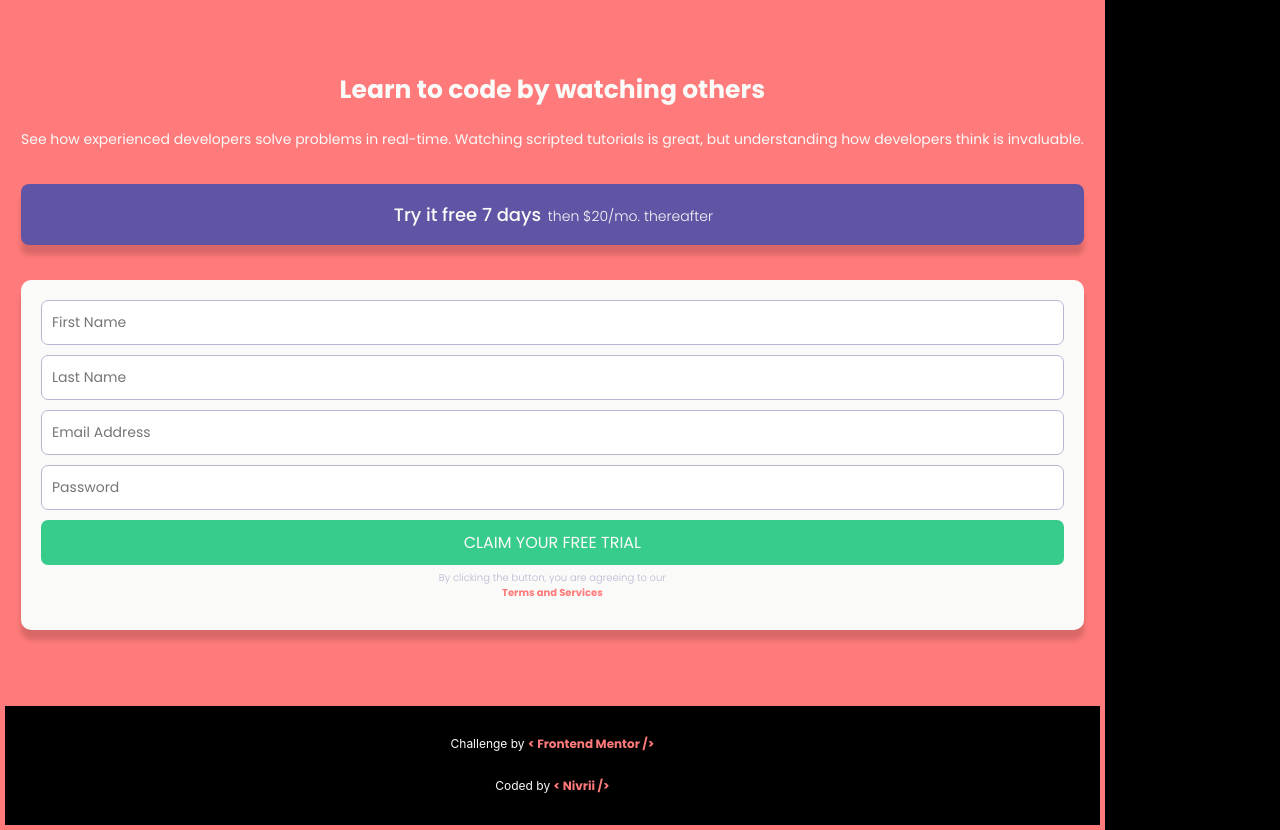
Repository: nivrii/intro-component-with-signup
Page: /
The author's editor kept a copy of each file at every save. The page is drawn from the files as they stood at one save, then again after the next save.
The browser window is 1280 px wide. The pictures show the whole page.
The project was rebuilt for these pictures with package versions that can differ from the ones it lists, and the page was loaded fresh each time. Also part of the build but not shown: vite.config.js.

Above is the page before, as saved 2023-10-16 09:10:17.

### src/App.jsx
import Container from "./Container/Container";
import { Footer } from "./Footer/Footer";

import "./App.css";
import { useState } from "react";

function App() {
  const [userArray, setUserArray] = useState({});
  return (
    <div className="UI">
      <Container userArray={userArray} setUserArray={setUserArray} />
      <Footer />
    </div>
  );
}

export default App;

### src/Container/Container.jsx
/* eslint-disable react/prop-types */
import { Form } from "./Form/Form";
import { Card } from "./Card/Card";
import { Content } from "./Content/Content";

const Container = (props) => {
  const { userArray, setUserArray } = props;
  return (
    <div className="container">
      <Content />
      <Card />
      <Form userArray={userArray} setUserArray={setUserArray} />
    </div>
  );
};
export default Container;

### src/Footer/Footer.jsx
import "./Footer.css";
export function Footer() {
  const frontend = '< Frontend Mentor />';
  const coder = "< Nivrii />";
  return (
    <footer>
      <p className="attribution">
        Challenge by{" "}
        <a
          href="https://www.frontendmentor.io?ref=challenge"
          target="_blank"
          rel="noreferrer"
        >
          {frontend}
        </a>
        </p>
        <p className="attribution">
         Coded by{" "}
        <a href="https://github.com/nivrii/intro-component-with-signup">
          {coder}
        </a>
      </p>
    </footer>
  );
}

### src/App.css
* {
  box-sizing: border-box;
  border: 0;
  padding: 0;
}
:root {
  /*Primary colors*/
  --red: hsl(0, 100%, 74%);
  --green: hsl(154, 59%, 51%);
  /*Accent colors*/
  --blue: hsl(248, 32%, 49%);
  --white: #fafaf9;
  /*Neutral colors*/
  --dark-blue: hsl(249, 10%, 26%);
  --grayish-blue: hsl(246, 25%, 77%);
  /*typography*/
  --fSize: 14px;
  --w4: 400;
  --w5: 500;
  --w6: 600;
  --w7: 700;
}
@font-face {
  font-family: "Poppins-bold";
  src: url(./assets/Fonts/poppins/Poppins-Bold.otf) format("opentype");
}
@font-face {
  font-family: "Poppins-regular";
  src: url(./assets/Fonts/poppins/Poppins-Regular.otf) format("opentype");
}
@font-face {
  font-family: "Poppins-medium";
  src: url(./assets/Fonts/poppins/Poppins-Medium.otf) format("opentype");
}
@font-face {
  font-family: "Poppins-light";
  src: url(./assets/Fonts/poppins/Poppins-Light.otf) format("opentype");
}
body {
  background-color: #000;
}
.UI {
  display: flex;
  flex-direction: column;
}
.container {
  display: flex;
  flex-direction: column;
  align-items: center;
  justify-content: center;
  width: 100%;
  min-height: 80vh;
  background-color: var(--red);
  padding: 50px 20px 70px;
  margin: 0;
  border: 1px solid var(--red);
}
.close {
  display: none;
}

### src/Container/Form/Form.jsx
/* eslint-disable no-useless-escape */
/* eslint-disable react/prop-types */
import "./Form.css";
import Success from "./Success/Success";
import { useEffect, useState } from "react";
import errorIcon from "../../../public/images/icon-error.svg";

export function Form({ userArray, setUserArray }) {
  const [fName, setFName] = useState("");
  const [lName, setLName] = useState("");
  const [email, setEmail] = useState("");
  const [password, setPassword] = useState("");

  const [fNameEmpty, setFNameEmpty] = useState(false);
  const [lNameEmpty, setLNameEmpty] = useState(false);
  const [emailEmpty, setEmailEmpty] = useState(false);
  const [emailMatch, setEmailMatch] = useState(true);
  const [passEmpty, setPassEmpty] = useState(false);

  const handleFirstName = (e) => {
    e.preventDefault();
    let value = e.target.value;
    value === "" ? setFNameEmpty(true) : setFNameEmpty(false);
    setFName(value);
  };
  const handleLastName = (e) => {
    e.preventDefault();
    let value = e.target.value;
    value === "" ? setLNameEmpty(true) : setLNameEmpty(false);
    setLName(value);
  };
  const handleEmail = (e) => {
    e.preventDefault();
    let value = e.target.value.trim();
    const regex =
      /^(([^<>()[]\\.,;:s@"]+(.[^<>()[]\\.,;:s@"]+)*)|(".+"))@(([[0-9]{1,3}.[0-9]{1,3}.[0-9]{1,3}.[0-9]{1,3}])|(([a-zA-Z-0-9]+.)+[a-zA-Z]{2,}))$/;
    if (value === "") {
      document.querySelector(".email-input").classList.add("input-error");
      setEmailEmpty(true);
    } else {
      setEmailEmpty(false);
    }

    if (!value.match(regex)) {
      document.querySelector(".email-input").classList.add("input-error");
      setEmailMatch(false);
    } else {
      setEmailMatch(true);
    }
    setEmail(value);
  };
  const handlePassword = (e) => {
    e.preventDefault();
    let value = e.target.value;
    value === "" ? setPassEmpty(true) : setPassEmpty(false);

    setPassword(value);
  };
  const handleSubmit = (e) => {
    e.preventDefault();
    if (fName === "") {
      setFNameEmpty(true);
      document.querySelector(".fName-input").classList.add("input-error");
      return;
    }
    if (lName === "") {
      setLNameEmpty(true);
      document.querySelector(".lName-input").classList.add("input-error");
      return;
    }
    if (email === "") {
      setEmailEmpty(true);
      document.querySelector(".email-input").classList.add("input-error");
      return;
    }
    if (!emailMatch) {
      return;
    }
    if (password === "") {
      setPassEmpty(true);
      document.querySelector(".password-input").classList.add("input-error");
      return;
    } else {
      setFName("");
      setEmail("");
      setLName("");
      setPassword("");
      document.querySelector("form").classList.add("close");
      document.querySelector(".card__content").classList.add("close");
      document.querySelector(".content").classList.add("close");
      document.querySelector(".success").classList.remove("close");
    }

    setUserArray({
      fName: fName,
      lName: lName,
      email: email,
    });
  };
  useEffect(() => {
    console.log(userArray);
  }, [userArray]);

  return (
    <>
      <form
        action="submit"
        className="form"
        onSubmit={(e) => e.preventDefault()}
      >
        <div className="input-enclose">
          {fNameEmpty && (
            <img src={errorIcon} alt="error-icon" className="error-icon" />
          )}
          <input
            type="text"
            placeholder="First Name"
            value={fName}
            name={fName}
            className="input fName-input"
            onChange={(e) => handleFirstName(e)}
            onKeyDown={() =>
              document
                .querySelector(".fName-input")
                .classList.remove("input-error")
            }
          />
          <div className="err-enclose">
            {fNameEmpty && (
              <div className=" err err-fName">First Name Cannot Be Empty</div>
            )}
          </div>
        </div>

        <div className="input-enclose">
          {lNameEmpty && (
            <img src={errorIcon} alt="error-icon" className="error-icon" />
          )}
          <input
            type="text"
            placeholder="Last Name"
            value={lName}
            name={lName}
            className="input lName-input"
            onChange={(e) => handleLastName(e)}
            onKeyDown={() =>
              document
                .querySelector(".lName-input")
                .classList.remove("input-error")
            }
          />
          <div className="err-enclose">
            {lNameEmpty && (
              <div className=" err err-lName">Last Name Cannot Be Empty</div>
            )}
          </div>
        </div>

        <div className="input-enclose">
          {emailEmpty && (
            <img src={errorIcon} alt="error-icon" className="error-icon" />
          )}
          <input
            type="email"
            placeholder="Email Address"
            value={email}
            name={email}
            className="input email-input"
            onChange={(e) => handleEmail(e)}
            onKeyUp={(e) => handleEmail(e)}
            onKeyDown={() =>
              document
                .querySelector(".email-input")
                .classList.remove("input-error")
            }
          />
          <div className="err-enclose">
            {emailEmpty && (
              <div className="err err-email">Email Cannot Be Empty</div>
            )}
            {emailMatch || (
              <div className="err miss-email">
                That does not look like an email
              </div>
            )}
          </div>
        </div>

        <div className="input-enclose">
          {passEmpty && (
            <img src={errorIcon} alt="error-icon" className="error-icon" />
          )}
          <input
            type="password"
            placeholder="Password"
            value={password}
            name={password}
            className="input password-input"
            onChange={(e) => handlePassword(e)}
            onKeyDown={() =>
              document
                .querySelector(".password-input")
                .classList.remove("input-error")
            }
          />
          <div className="err-enclose">
            {passEmpty && (
              <div className="  err err-password">Password Cannot Be Empty</div>
            )}
          </div>
        </div>

        <button type="submit" className="btn" onClick={(e) => handleSubmit(e)}>
          Claim your free trial
        </button>
        <div className="pWrap">
          <p>By clicking the button, you are agreeing to our</p>
          <p>Terms and Services</p>
        </div>
      </form>
      <Success userArray={userArray} />
    </>
  );
}

### src/Container/Card/Card.jsx
import "./Card.css";
export function Card() {
  return (
      <div className="card__content">
        <p><span>Try it free 7 days </span>
        then $20/mo. thereafter</p>
      </div>
  );
}

### src/Container/Content/Content.jsx
import "./Content.css";
export function Content() {
  return (
    <div className="content">
      <h4>Learn to code by watching others</h4>
      <p>
        See how experienced developers solve problems in real-time. Watching
        scripted tutorials is great, but understanding how developers think is
        invaluable.
      </p>
    </div>
  );
}

### src/Footer/Footer.css
@import url(../App.css);

footer {
  display: flex;
  flex-direction: column;
  align-items: center;
  justify-content: center;
  width: 100%;
  height: 18vh;
  background-color: #000;
  padding: 5px;
  border: 5px solid var(--red);
  margin-top: auto;
  & .attribution {
    color: var(--white);
    font-family: "Poppins-light" sans-serif;
    font-size: 12px;
    & a {
      color: var(--red);
      font-family: "Poppins-bold", sans-serif;
      text-decoration: none;
      &:hover {
        color: var(--white);
        text-decoration: line-through;
      }
    }
  }
}

### src/Container/Form/Form.css
@import url(../../App.css);

.form {
  display: flex;
  flex-direction: column;
  background-color: var(--white);
  width: 100%;
  margin-top: 15px;
  padding: 20px;
  gap: 10px;
  border-radius: 10px;
  box-shadow: 0 10px 5px rgba(0, 0, 0, 0.15);
  & .input,
  .btn {
    height: 45px;
    width: 100%;
    border-radius: 7px;
    font-family: "Poppins-regular", sans-serif;
    -webkit-transition: 0.5s;
    transition: 0.5s;
  }
  & .input-error {
    border: 1px solid var(--red) !important;
    color: var(--red) !important;
    outline: none;
    &:focus {
      border: 2px solid var(--red) !important;
    }
    &::placeholder {
      color: var(--red);
    }
  }
  & .input-enclose {
    display: flex;
    flex-direction: column;
    .input {
      border: 1px solid var(--grayish-blue);
      padding-left: 10px;
      font-size: var(--fSize);
    }
    & .err-enclose {
      display: flex;
      justify-content: flex-end;
      align-items: center;
      & .err {
        display: block;
        color: var(--red);
        border-radius: 7px;
        height: 15px;
        width: auto;
        margin-left: calc(100% - width);
        padding: 5px;
        font-size: 10px;
        font-family: "Poppins-light", sans-serif;
      }
    }
    & .error-icon {
      position: absolute;
      padding: 2px;
      right: 50px;
      width: 25px;
      height: 25px;
      margin-top: 10px;
      margin-right: 10px;
    }
  }
  & .btn {
    background-color: var(--green);
    color: var(--white);
    text-transform: uppercase;
    transition-duration: 0.3s;
    transition-timing-function: ease;
    &:hover {
      transform: scale(1.05);
    }
  }
  & .pWrap {
    padding: 10px;
    text-align: center;
    margin-top: -15px;
    & * {
      margin: 0;
      font-size: 10px;
    }
    & p:nth-child(1) {
      font-family: "Poppins-light", sans-serif;
      color: var(--grayish-blue);
    }
    & p:nth-child(2) {
      font-family: "Poppins-bold", sans-serif;
      color: var(--red);
    }
  }
}

### src/Container/Form/Success/Success.jsx
/* eslint-disable react/prop-types */
import "./Success.css";
import success from "../../../assets/images/icon-success.svg";
function Success({ userArray }) {
  const { lName, fName, email } = userArray;
  return (
    <div className="close success">
      <img src={success} alt="success" />
      <h4>
        Hello{" "}
        <span className="span__name">
          {fName} {lName}
        </span>
      </h4>
      <p>
        We have sent a confirmation email to <span className="span__email">{email}</span> .
      </p>
      <p>
        If this was not you, click to go back{" "}
        <br />
        <button className="back">Go Back</button>
      </p>
    </div>
  );
}

export default Success;

### src/Container/Card/Card.css
@import url(../../App.css);

.card__content{
    width: 100%;
    background-color: var(--blue);
    border-radius: 8px;
    padding: 15px 40px;
    margin: 20px 0;
    box-shadow: 0 10px 5px rgba(0, 0, 0, 0.15);
    & *{
        color: var(--white);
        text-align: center;
        margin: 2px;
    }& span{
        font-size: 18px;
        font-family: 'Poppins-medium', sans-serif;
    }
    & p{
        font-family: 'Poppins-light', sans-serif;
        font-size: var(--fSize);

    }
}

### src/Container/Content/Content.css
@import url(../../App.css);

.content {
  & * {
    color: var(--white);
    text-align: center;
  }
  & h4 {
    font-size: 25px;
    margin: 20px;
    font-family: 'Poppins-bold', sans-serif;
  }
  & p {
    font-size: var(--fSize);
    font-family: 'Poppins-regular', sans-serif;
  }
}

### src/Container/Form/Success/Success.css
@import url(../../../App.css);

.success{
    display: flex;
    flex-direction: column;
    align-items: center;
    & img{
        height: 70px;
        width: 70px;
    }
    & h4{
        color:var(--white);
        font-family: 'Poppins-light', sans-serif;
        & .span__name{
            font-family: 'Poppins-bold', sans-serif;
            text-transform: uppercase;
        }
    }
    & p{
        text-align: center;
        font-family: 'Poppins-regular', sans-serif;
        & button{
            padding: 5px;
            border-radius: 3px;
            background-color: transparent;
            color:var(--green);
            font-family: 'Poppins-bold', sans-serif;
            margin-top: 10px;
            &:hover{
                background-color:var(--green);
                color:var(--white);
            }
        }
        & .span__email{
            text-decoration: underline;
            font-family: 'Poppins-bold', sans-serif;
        }
    }
}

Loaded but not shown: index.html (common file); src/main.jsx (common file); src/index.css (common file)

After the next save:
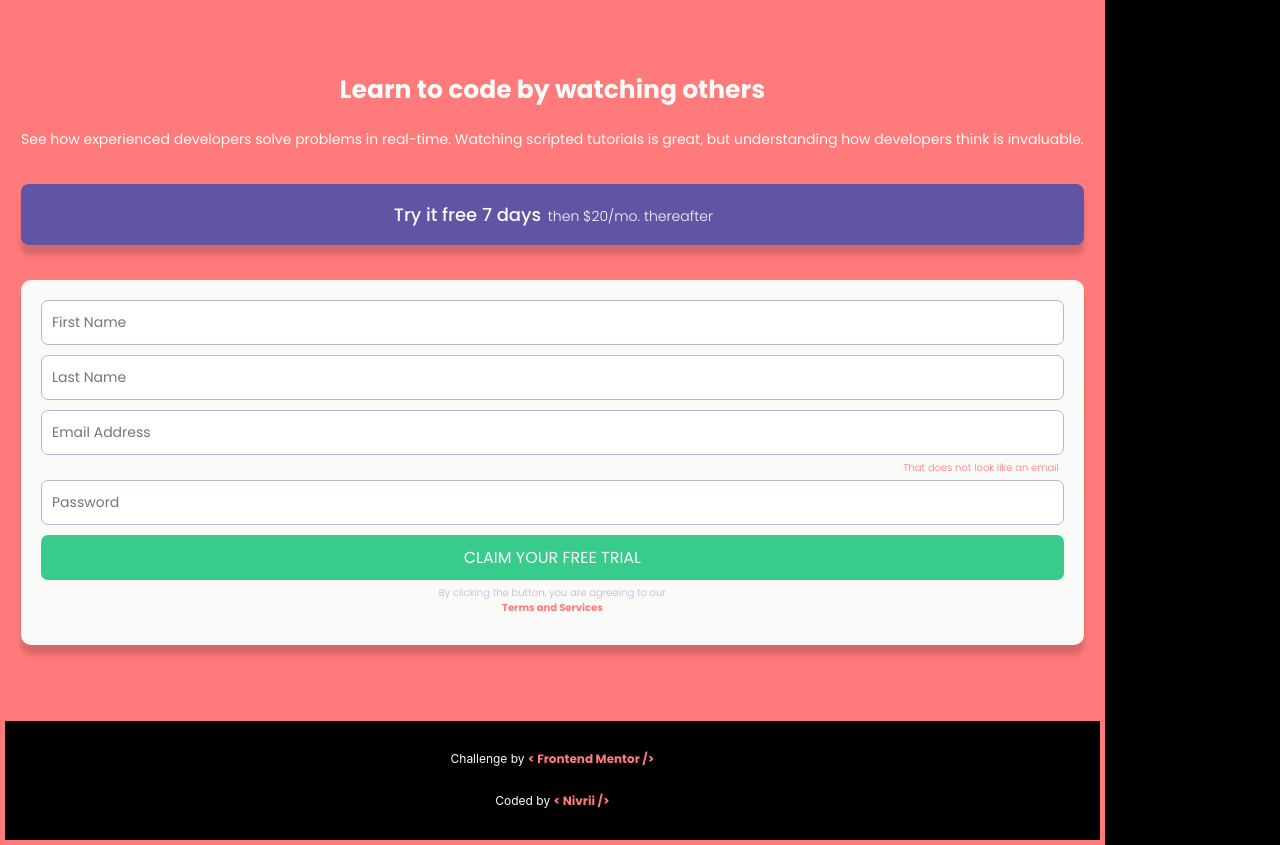
Saved 2 days later.
--- a/src/Container/Form/Form.jsx
+++ b/src/Container/Form/Form.jsx
@@ -14,7 +14,7 @@ export function Form({ userArray, setUserArray }) {
   const [fNameEmpty, setFNameEmpty] = useState(false);
   const [lNameEmpty, setLNameEmpty] = useState(false);
   const [emailEmpty, setEmailEmpty] = useState(false);
-  const [emailMatch, setEmailMatch] = useState(true);
+  const [emailMatch, setEmailMatch] = useState(false);
   const [passEmpty, setPassEmpty] = useState(false);
 
   const handleFirstName = (e) => {

After the save that followed:
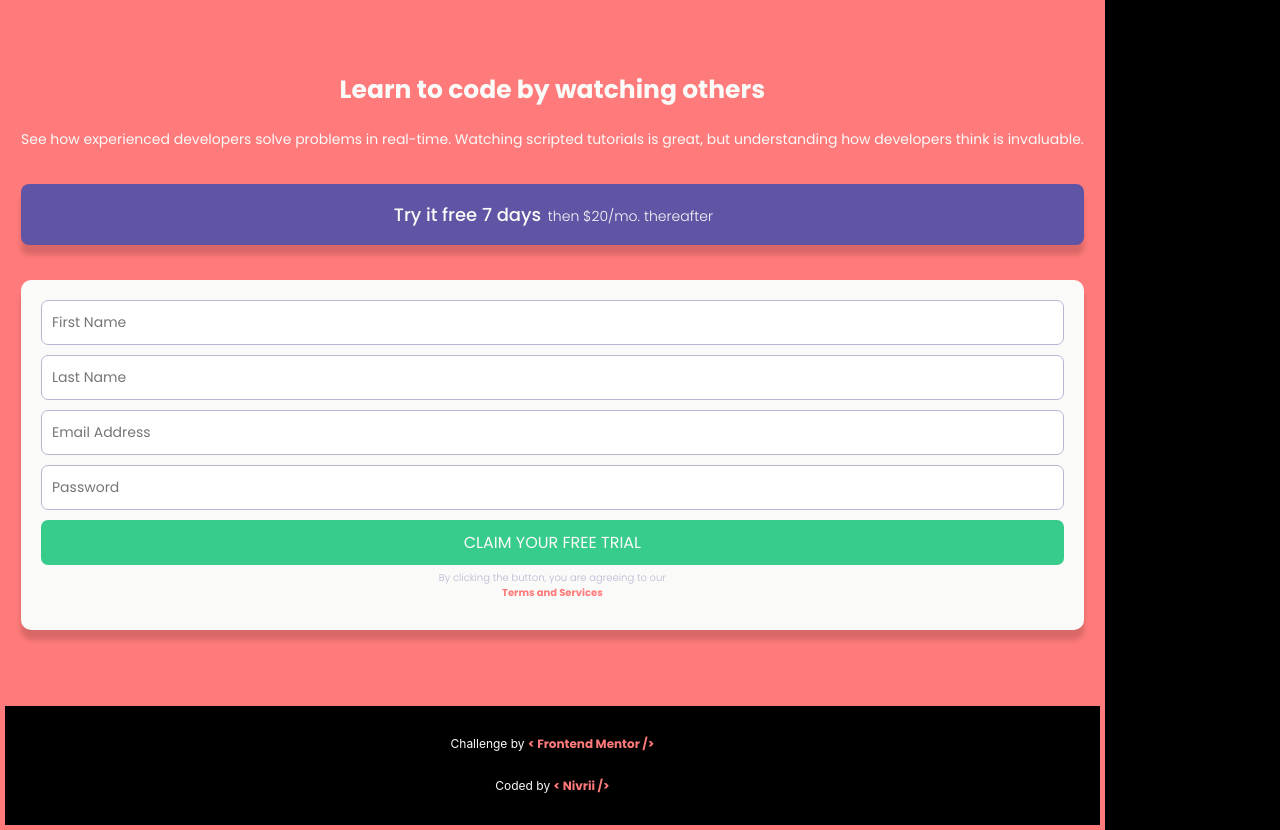
Saved 68 s later.
--- a/src/Container/Form/Form.jsx
+++ b/src/Container/Form/Form.jsx
@@ -43,9 +43,9 @@ export function Form({ userArray, setUserArray }) {
 
     if (!value.match(regex)) {
       document.querySelector(".email-input").classList.add("input-error");
+      setEmailMatch(true);
+    } else {
       setEmailMatch(false);
-    } else {
-      setEmailMatch(true);
     }
     setEmail(value);
   };
@@ -178,7 +178,7 @@ export function Form({ userArray, setUserArray }) {
             {emailEmpty && (
               <div className="err err-email">Email Cannot Be Empty</div>
             )}
-            {emailMatch || (
+            {emailMatch && (
               <div className="err miss-email">
                 That does not look like an email
               </div>
